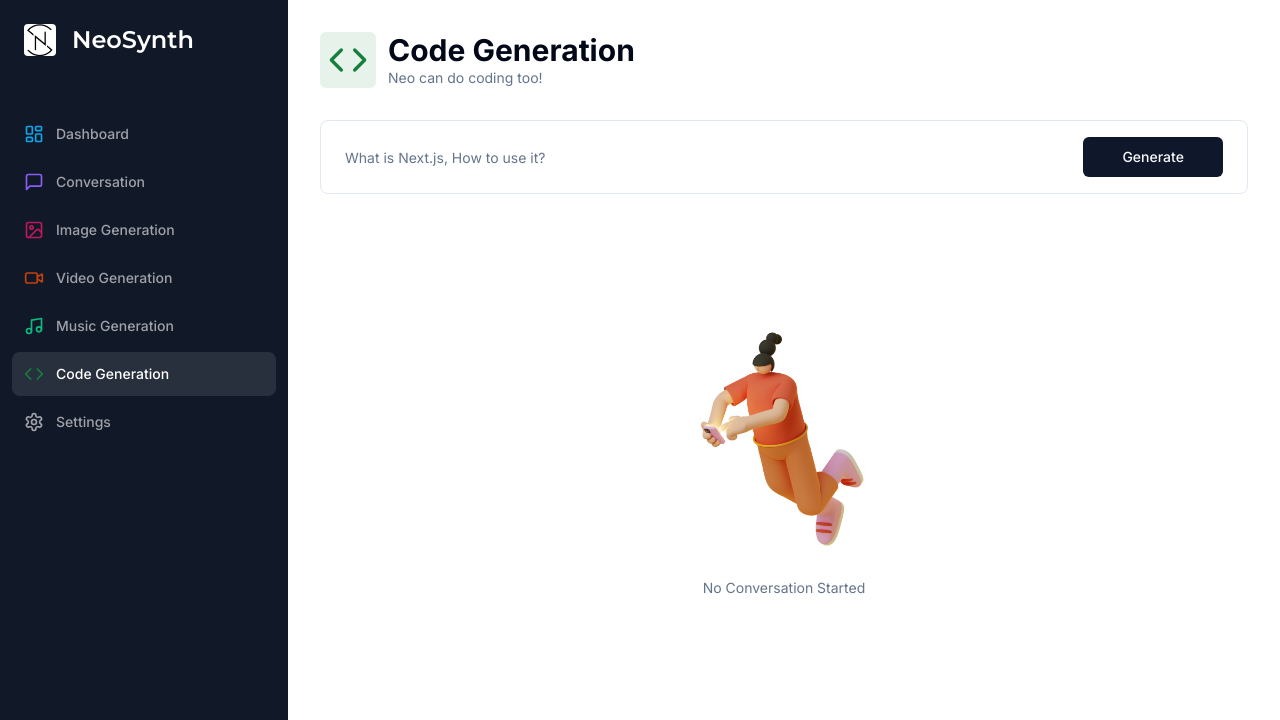
Repository: tathagat22/NeoSynth
Page: /code
These files come from the project's save history. The page is drawn as it stood at one moment and after the next save; the edit follows.
The browser window is 1280 px wide. The pictures show the whole page.
The page's requests for data from a server got no answer. The project was rebuilt for these pictures with package versions that can differ from the ones it lists, and the page was loaded fresh each time. Some packages were replaced by stand-ins written for this rebuild. The framework's server and built-in components were replaced by stand-ins that run in the browser. No one was signed in, and anything a server would have sent is missing. Also part of the build but not shown: next.config.js, components/ui/label.tsx, components/loader.tsx, components/ui/avatar.tsx, components/user-avatar.tsx, components/bot-avatar.tsx.

Above is the page before, as saved 2023-08-29 17:44:14.

### app/layout.tsx
import "./globals.css";
import type { Metadata } from "next";
import { Inter } from "next/font/google";
import { ClerkProvider } from "@clerk/nextjs";

const inter = Inter({ subsets: ["latin"] });

export const metadata: Metadata = {
  title: "NeoSynth",
  description: "Neo is thinking for you behind the matrix",
};

export default function RootLayout({
  children,
}: {
  children: React.ReactNode;
}) {
  return (
    <ClerkProvider>
      <html lang="en">
        <body className={inter.className}>{children}</body>
      </html>
    </ClerkProvider>
  );
}

### app/(dashboard)/layout.tsx
import Navbar from "@/components/Navbar";
import Sidebar from "@/components/sidebar";

const DashboardLayout = ({ children }: { children: React.ReactNode }) => {
  return (
    <div className="h-full relative">
      <div className="hidden h-full md:flex md:w-72 md:flex-col md:fixed md:inset-y-0 z-[80] bg-gray-900">
        <Sidebar />
      </div>
      <main className="md:pl-72">
        <Navbar /> {children}
      </main>
    </div>
  );
};

export default DashboardLayout;

### app/(dashboard)/(routes)/code/page.tsx
"use client";

import * as z from "zod";
import { Heading } from "@/components/heading";
import { Code } from "lucide-react";
import { useForm } from "react-hook-form";
import { formSchema } from "./constants";
import { zodResolver } from "@hookform/resolvers/zod";
import { Form, FormControl, FormField, FormItem } from "@/components/ui/form";
import { Input } from "@/components/ui/input";
import { Button } from "@/components/ui/button";
import axios from "axios";
import { useRouter } from "next/navigation";
import { useState } from "react";
import OpenAI from "openai";
import { Empty } from "@/components/empty";
import { Loader } from "@/components/loader";
import { cn } from "@/lib/utils";
import { UserAvatar } from "@/components/user-avatar";
import { BotAvatar } from "@/components/bot-avatar";
const CodePage = () => {
  const router = useRouter();
  const [messages, setMessages] = useState<
    OpenAI.Chat.Completions.CreateChatCompletionRequestMessage[]
  >([]);
  const form = useForm<z.infer<typeof formSchema>>({
    resolver: zodResolver(formSchema),
    defaultValues: {
      prompt: "",
    },
  });

  const isLoading = form.formState.isSubmitting;
  const onSubmit = async (values: z.infer<typeof formSchema>) => {
    try {
      const userMessage: OpenAI.Chat.Completions.CreateChatCompletionRequestMessage =
        {
          role: "user",
          content: values.prompt,
        };
      const newMessages = [...messages, userMessage];

      const response = await axios.post("/api/conversation", {
        messages: newMessages,
      });

      setMessages((current) => [...current, userMessage, response.data]);
      form.reset();
    } catch (error: any) {
      console.log(error);
    } finally {
      router.refresh();
    }
  };
  return (
    <div>
      <Heading
        title="Code Generation"
        description="Neo can do coding too!"
        icon={Code}
        iconColor="text-green-700"
        bgColor="bg-green-700/10"
      />
      <div className="px-4 lg:px-8">
        <div>
          <Form {...form}>
            <form
              onSubmit={form.handleSubmit(onSubmit)}
              className="rounded-lg border w-full p-4 px-3 md:px-6 focus-within:shadow-sm grid grid-cols-12 gap-2"
            >
              <FormField
                name="prompt"
                render={({ field }) => (
                  <FormItem className="col-span-12 lg:col-span-10">
                    <FormControl className="m-0 p-0">
                      <Input
                        className="border-0 outline-none focus-visible:ring-0 focus-visible:ring-transparent"
                        disabled={isLoading}
                        placeholder="What is Next.js, How to use it?"
                        {...field}
                      />
                    </FormControl>
                  </FormItem>
                )}
              />
              <Button
                className="col-span-12 lg:col-span-2 w-full"
                disabled={isLoading}
              >
                Generate
              </Button>
            </form>
          </Form>
        </div>
        <div className="space-y-4 mt-4">
          {isLoading && (
            <div className="p-8 rounded-lg w-full flex items-center justify-center bg-muted">
              <Loader />
            </div>
          )}
          {messages.length === 0 && !isLoading && (
            <Empty label="No Conversation Started" />
          )}
          <div className="flex flex-col-reverse gap-y-4">
            {messages.map((message) => (
              <div
                key={message.content}
                className={cn(
                  "p-8 w-full flex items-start gap-x-8 rounded-lg",
                  message.role === "user"
                    ? "bg-white border border-black/10"
                    : "bg-muted"
                )}
              >
                {message.role === "user" ? <UserAvatar /> : <BotAvatar />}
                <p className="text-sm">{message.content}</p>
              </div>
            ))}
          </div>
        </div>
      </div>
    </div>
  );
};

export default CodePage;

### app/globals.css
@tailwind base;
@tailwind components;
@tailwind utilities;

html, body, :root {
  height: 100%;
}
@layer base {
  :root {
    --background: 0 0% 100%;
    --foreground: 222.2 84% 4.9%;

    --card: 0 0% 100%;
    --card-foreground: 222.2 84% 4.9%;

    --popover: 0 0% 100%;
    --popover-foreground: 222.2 84% 4.9%;

    --primary: 222.2 47.4% 11.2%;
    --primary-foreground: 210 40% 98%;

    --secondary: 210 40% 96.1%;
    --secondary-foreground: 222.2 47.4% 11.2%;

    --muted: 210 40% 96.1%;
    --muted-foreground: 215.4 16.3% 46.9%;

    --accent: 210 40% 96.1%;
    --accent-foreground: 222.2 47.4% 11.2%;

    --destructive: 0 84.2% 60.2%;
    --destructive-foreground: 210 40% 98%;

    --border: 214.3 31.8% 91.4%;
    --input: 214.3 31.8% 91.4%;
    --ring: 222.2 84% 4.9%;

    --radius: 0.5rem;
  }

  .dark {
    --background: 222.2 84% 4.9%;
    --foreground: 210 40% 98%;

    --card: 222.2 84% 4.9%;
    --card-foreground: 210 40% 98%;

    --popover: 222.2 84% 4.9%;
    --popover-foreground: 210 40% 98%;

    --primary: 210 40% 98%;
    --primary-foreground: 222.2 47.4% 11.2%;

    --secondary: 217.2 32.6% 17.5%;
    --secondary-foreground: 210 40% 98%;

    --muted: 217.2 32.6% 17.5%;
    --muted-foreground: 215 20.2% 65.1%;

    --accent: 217.2 32.6% 17.5%;
    --accent-foreground: 210 40% 98%;

    --destructive: 0 62.8% 30.6%;
    --destructive-foreground: 210 40% 98%;

    --border: 217.2 32.6% 17.5%;
    --input: 217.2 32.6% 17.5%;
    --ring: 212.7 26.8% 83.9%;
  }
}

@layer base {
  * {
    @apply border-border;
  }
  body {
    @apply bg-background text-foreground;
  }
}

### components/Navbar.tsx

import { UserButton } from "@clerk/nextjs";
import MobileSidebar from "./mobile-sidebar";

const Navbar = () => {
    return (
        <div className="flex items-center p-4">
            <MobileSidebar />
            <div className="flex w-full justify-end">
                <UserButton afterSignOutUrl="/"/>
            </div>
        </div>
     );
}

export default Navbar;

### components/sidebar.tsx
"use client";

import { cn } from "@/lib/utils";
import { Montserrat } from "next/font/google";
import Image from "next/image";
import Link from "next/link";
import { usePathname } from "next/navigation";
import {
  LayoutDashboard,
  MessageSquare,
  ImageIcon,
  VideoIcon,
  Music,
  Code,
  Settings,
} from "lucide-react";
const montserrat = Montserrat({ weight: "600", subsets: ["latin"] });
const routes = [
  {
    label: "Dashboard",
    icon: LayoutDashboard,
    href: "/dashboard",
    color: "text-sky-500",
  },
  {
    label: "Conversation",
    icon: MessageSquare,
    href: "/conversation",
    color: "text-violet-500",
  },
  {
    label: "Image Generation",
    icon: ImageIcon,
    href: "/image",
    color: "text-pink-700",
  },
  {
    label: "Video Generation",
    icon: VideoIcon,
    href: "/video",
    color: "text-orange-700",
  },
  {
    label: "Music Generation",
    icon: Music,
    href: "/music",
    color: "text-emerald-500",
  },
  {
    label: "Code Generation",
    icon: Code,
    href: "/code",
    color: "text-green-700",
  },
  {
    label: "Settings",
    icon: Settings,
    href: "/settings",
  },
];
const Sidebar = () => {
  const pathname = usePathname();
  return (
    <div className="space-y-4 py-4 flex flex-col h-full bg-[#111827] text-white">
      <div className="px-3 py-2 flex-1">
        <Link href="/dashboard" className="flex items-center pl-3 mb-14">
          <div className="relative w-8 h-8 mr-4 rounded">
            <Image className="rounded" fill alt="Logo" src="/logo.png" />
          </div>
          <h1 className={cn("text-2xl font-bold", montserrat.className)}>
            NeoSynth
          </h1>
        </Link>
        <div className="space-y-1">
          {routes.map((route) => (
            <Link
              href={route.href}
              key={route.href}
              className={cn(
                "text-sm group flex p-3 w-full justify-start font-medium cursor-pointer hover:text-white hover:bg-white/10 rounded-lg transition", pathname == route.href ? "text-white bg-white/10" : "text-zinc-400"
              )}
            >
              <div className="flex items-center flex-1">
                <route.icon className={cn("h-5 w-5 mr-3", route.color)} />{" "}
                {route.label}
              </div>
            </Link>
          ))}
        </div>
      </div>
    </div>
  );
};

export default Sidebar;

### components/heading.tsx
import { cn } from "@/lib/utils";
import { LucideIcon } from "lucide-react";

interface HeadingProps {
  title: string;
  description: string;
  icon: LucideIcon;
  iconColor?: string;
  bgColor?: string;
}

export const Heading = ({
  title,
  description,
  icon: Icon,
  iconColor,
  bgColor,
}: HeadingProps) => {
  return (
    <div className="px-4 lg:px-8 flex items-center gap-x-3 mb-8">
      <div className={cn("p-2 w-fit rounded-md", bgColor)}>
        <Icon className={cn("w-10 h-10", iconColor)} />
      </div>
      <div>
        <h2 className="text-3xl font-bold">{title}</h2>
        <p className="text-sm text-muted-foreground">{description}</p>
      </div>
    </div>
  );
};

### app/(dashboard)/(routes)/code/constants.ts
import * as z from "zod";

export const formSchema = z.object({
  prompt: z.string().min(1, { message: "Prompt is required" }),
});

### components/ui/form.tsx
import * as React from "react"
import * as LabelPrimitive from "@radix-ui/react-label"
import { Slot } from "@radix-ui/react-slot"
import {
  Controller,
  ControllerProps,
  FieldPath,
  FieldValues,
  FormProvider,
  useFormContext,
} from "react-hook-form"

import { cn } from "@/lib/utils"
import { Label } from "@/components/ui/label"

const Form = FormProvider

type FormFieldContextValue<
  TFieldValues extends FieldValues = FieldValues,
  TName extends FieldPath<TFieldValues> = FieldPath<TFieldValues>
> = {
  name: TName
}

const FormFieldContext = React.createContext<FormFieldContextValue>(
  {} as FormFieldContextValue
)

const FormField = <
  TFieldValues extends FieldValues = FieldValues,
  TName extends FieldPath<TFieldValues> = FieldPath<TFieldValues>
>({
  ...props
}: ControllerProps<TFieldValues, TName>) => {
  return (
    <FormFieldContext.Provider value={{ name: props.name }}>
      <Controller {...props} />
    </FormFieldContext.Provider>
  )
}

const useFormField = () => {
  const fieldContext = React.useContext(FormFieldContext)
  const itemContext = React.useContext(FormItemContext)
  const { getFieldState, formState } = useFormContext()

  const fieldState = getFieldState(fieldContext.name, formState)

  if (!fieldContext) {
    throw new Error("useFormField should be used within <FormField>")
  }

  const { id } = itemContext

  return {
    id,
    name: fieldContext.name,
    formItemId: `${id}-form-item`,
    formDescriptionId: `${id}-form-item-description`,
    formMessageId: `${id}-form-item-message`,
    ...fieldState,
  }
}

type FormItemContextValue = {
  id: string
}

const FormItemContext = React.createContext<FormItemContextValue>(
  {} as FormItemContextValue
)

const FormItem = React.forwardRef<
  HTMLDivElement,
  React.HTMLAttributes<HTMLDivElement>
>(({ className, ...props }, ref) => {
  const id = React.useId()

  return (
    <FormItemContext.Provider value={{ id }}>
      <div ref={ref} className={cn("space-y-2", className)} {...props} />
    </FormItemContext.Provider>
  )
})
FormItem.displayName = "FormItem"

const FormLabel = React.forwardRef<
  React.ElementRef<typeof LabelPrimitive.Root>,
  React.ComponentPropsWithoutRef<typeof LabelPrimitive.Root>
>(({ className, ...props }, ref) => {
  const { error, formItemId } = useFormField()

  return (
    <Label
      ref={ref}
      className={cn(error && "text-destructive", className)}
      htmlFor={formItemId}
      {...props}
    />
  )
})
FormLabel.displayName = "FormLabel"

const FormControl = React.forwardRef<
  React.ElementRef<typeof Slot>,
  React.ComponentPropsWithoutRef<typeof Slot>
>(({ ...props }, ref) => {
  const { error, formItemId, formDescriptionId, formMessageId } = useFormField()

  return (
    <Slot
      ref={ref}
      id={formItemId}
      aria-describedby={
        !error
          ? `${formDescriptionId}`
          : `${formDescriptionId} ${formMessageId}`
      }
      aria-invalid={!!error}
      {...props}
    />
  )
})
FormControl.displayName = "FormControl"

const FormDescription = React.forwardRef<
  HTMLParagraphElement,
  React.HTMLAttributes<HTMLParagraphElement>
>(({ className, ...props }, ref) => {
  const { formDescriptionId } = useFormField()

  return (
    <p
      ref={ref}
      id={formDescriptionId}
      className={cn("text-sm text-muted-foreground", className)}
      {...props}
    />
  )
})
FormDescription.displayName = "FormDescription"

const FormMessage = React.forwardRef<
  HTMLParagraphElement,
  React.HTMLAttributes<HTMLParagraphElement>
>(({ className, children, ...props }, ref) => {
  const { error, formMessageId } = useFormField()
  const body = error ? String(error?.message) : children

  if (!body) {
    return null
  }

  return (
    <p
      ref={ref}
      id={formMessageId}
      className={cn("text-sm font-medium text-destructive", className)}
      {...props}
    >
      {body}
    </p>
  )
})
FormMessage.displayName = "FormMessage"

export {
  useFormField,
  Form,
  FormItem,
  FormLabel,
  FormControl,
  FormDescription,
  FormMessage,
  FormField,
}

### components/ui/input.tsx
import * as React from "react"

import { cn } from "@/lib/utils"

export interface InputProps
  extends React.InputHTMLAttributes<HTMLInputElement> {}

const Input = React.forwardRef<HTMLInputElement, InputProps>(
  ({ className, type, ...props }, ref) => {
    return (
      <input
        type={type}
        className={cn(
          "flex h-10 w-full rounded-md border border-input bg-background px-3 py-2 text-sm ring-offset-background file:border-0 file:bg-transparent file:text-sm file:font-medium placeholder:text-muted-foreground focus-visible:outline-none focus-visible:ring-2 focus-visible:ring-ring focus-visible:ring-offset-2 disabled:cursor-not-allowed disabled:opacity-50",
          className
        )}
        ref={ref}
        {...props}
      />
    )
  }
)
Input.displayName = "Input"

export { Input }

### components/ui/button.tsx
import * as React from "react"
import { Slot } from "@radix-ui/react-slot"
import { cva, type VariantProps } from "class-variance-authority"

import { cn } from "@/lib/utils"

const buttonVariants = cva(
  "inline-flex items-center justify-center rounded-md text-sm font-medium ring-offset-background transition-colors focus-visible:outline-none focus-visible:ring-2 focus-visible:ring-ring focus-visible:ring-offset-2 disabled:pointer-events-none disabled:opacity-50",
  {
    variants: {
      variant: {
        default: "bg-primary text-primary-foreground hover:bg-primary/90",
        destructive:
          "bg-destructive text-destructive-foreground hover:bg-destructive/90",
        outline:
          "border border-input bg-background hover:bg-accent hover:text-accent-foreground",
        secondary:
          "bg-secondary text-secondary-foreground hover:bg-secondary/80",
        ghost: "hover:bg-accent hover:text-accent-foreground",
        link: "text-primary underline-offset-4 hover:underline",
      },
      size: {
        default: "h-10 px-4 py-2",
        sm: "h-9 rounded-md px-3",
        lg: "h-11 rounded-md px-8",
        icon: "h-10 w-10",
      },
    },
    defaultVariants: {
      variant: "default",
      size: "default",
    },
  }
)

export interface ButtonProps
  extends React.ButtonHTMLAttributes<HTMLButtonElement>,
    VariantProps<typeof buttonVariants> {
  asChild?: boolean
}

const Button = React.forwardRef<HTMLButtonElement, ButtonProps>(
  ({ className, variant, size, asChild = false, ...props }, ref) => {
    const Comp = asChild ? Slot : "button"
    return (
      <Comp
        className={cn(buttonVariants({ variant, size, className }))}
        ref={ref}
        {...props}
      />
    )
  }
)
Button.displayName = "Button"

export { Button, buttonVariants }

### components/empty.tsx
import Image from "next/image";

interface EmptyProps {
  label: string;
}

export const Empty = ({ label }: EmptyProps) => {
  return (
    <div className="h-full p-20 flex flex-col items-center justify-center">
      <div className="relative h-72 w-72">
        <Image src="/empty.png" fill alt="Empty" />
      </div>
      <p className="text-muted-foreground text-sm text-center">{label}</p>
    </div>
  );
};

### components/mobile-sidebar.tsx
"use client";

import { Button } from "./ui/button";
import { Menu } from "lucide-react";
import { Sheet, SheetContent, SheetTrigger } from "./ui/sheet";
import Sidebar from "./sidebar";
import { useEffect, useState } from "react";
const MobileSidebar = () => {
  //Hydration Error Fix
  const [isMounted, setIsMounted] = useState(false);

  useEffect(() => {
    setIsMounted(true);
  }, []);
  if (!isMounted) return null;
  //Hydration Error Fix Ends Here
  return (
    <Sheet>
      <SheetTrigger>
        <Button variant="ghost" size="icon" className="md:hidden">
          <Menu />
        </Button>
      </SheetTrigger>
      <SheetContent side="left" className="p-0">
        <Sidebar />
      </SheetContent>
    </Sheet>
  );
};

export default MobileSidebar;

### components/ui/sheet.tsx
"use client"

import * as React from "react"
import * as SheetPrimitive from "@radix-ui/react-dialog"
import { cva, type VariantProps } from "class-variance-authority"
import { X } from "lucide-react"

import { cn } from "@/lib/utils"

const Sheet = SheetPrimitive.Root

const SheetTrigger = SheetPrimitive.Trigger

const SheetClose = SheetPrimitive.Close

const SheetPortal = ({
  className,
  ...props
}: SheetPrimitive.DialogPortalProps) => (
  <SheetPrimitive.Portal className={cn(className)} {...props} />
)
SheetPortal.displayName = SheetPrimitive.Portal.displayName

const SheetOverlay = React.forwardRef<
  React.ElementRef<typeof SheetPrimitive.Overlay>,
  React.ComponentPropsWithoutRef<typeof SheetPrimitive.Overlay>
>(({ className, ...props }, ref) => (
  <SheetPrimitive.Overlay
    className={cn(
      "fixed inset-0 z-50 bg-background/80 backdrop-blur-sm data-[state=open]:animate-in data-[state=closed]:animate-out data-[state=closed]:fade-out-0 data-[state=open]:fade-in-0",
      className
    )}
    {...props}
    ref={ref}
  />
))
SheetOverlay.displayName = SheetPrimitive.Overlay.displayName

const sheetVariants = cva(
  "fixed z-50 gap-4 bg-background p-6 shadow-lg transition ease-in-out data-[state=open]:animate-in data-[state=closed]:animate-out data-[state=closed]:duration-300 data-[state=open]:duration-500",
  {
    variants: {
      side: {
        top: "inset-x-0 top-0 border-b data-[state=closed]:slide-out-to-top data-[state=open]:slide-in-from-top",
        bottom:
          "inset-x-0 bottom-0 border-t data-[state=closed]:slide-out-to-bottom data-[state=open]:slide-in-from-bottom",
        left: "inset-y-0 left-0 h-full w-3/4 border-r data-[state=closed]:slide-out-to-left data-[state=open]:slide-in-from-left sm:max-w-sm",
        right:
          "inset-y-0 right-0 h-full w-3/4  border-l data-[state=closed]:slide-out-to-right data-[state=open]:slide-in-from-right sm:max-w-sm",
      },
    },
    defaultVariants: {
      side: "right",
    },
  }
)

interface SheetContentProps
  extends React.ComponentPropsWithoutRef<typeof SheetPrimitive.Content>,
    VariantProps<typeof sheetVariants> {}

const SheetContent = React.forwardRef<
  React.ElementRef<typeof SheetPrimitive.Content>,
  SheetContentProps
>(({ side = "right", className, children, ...props }, ref) => (
  <SheetPortal>
    <SheetOverlay />
    <SheetPrimitive.Content
      ref={ref}
      className={cn(sheetVariants({ side }), className)}
      {...props}
    >
      {children}
      <SheetPrimitive.Close className="absolute right-4 top-4 rounded-sm opacity-70 ring-offset-background transition-opacity hover:opacity-100 focus:outline-none focus:ring-2 focus:ring-ring focus:ring-offset-2 disabled:pointer-events-none data-[state=open]:bg-secondary">
        <X className="h-4 w-4" />
        <span className="sr-only">Close</span>
      </SheetPrimitive.Close>
    </SheetPrimitive.Content>
  </SheetPortal>
))
SheetContent.displayName = SheetPrimitive.Content.displayName

const SheetHeader = ({
  className,
  ...props
}: React.HTMLAttributes<HTMLDivElement>) => (
  <div
    className={cn(
      "flex flex-col space-y-2 text-center sm:text-left",
      className
    )}
    {...props}
  />
)
SheetHeader.displayName = "SheetHeader"

const SheetFooter = ({
  className,
  ...props
}: React.HTMLAttributes<HTMLDivElement>) => (
  <div
    className={cn(
      "flex flex-col-reverse sm:flex-row sm:justify-end sm:space-x-2",
      className
    )}
    {...props}
  />
)
SheetFooter.displayName = "SheetFooter"

const SheetTitle = React.forwardRef<
  React.ElementRef<typeof SheetPrimitive.Title>,
  React.ComponentPropsWithoutRef<typeof SheetPrimitive.Title>
>(({ className, ...props }, ref) => (
  <SheetPrimitive.Title
    ref={ref}
    className={cn("text-lg font-semibold text-foreground", className)}
    {...props}
  />
))
SheetTitle.displayName = SheetPrimitive.Title.displayName

const SheetDescription = React.forwardRef<
  React.ElementRef<typeof SheetPrimitive.Description>,
  React.ComponentPropsWithoutRef<typeof SheetPrimitive.Description>
>(({ className, ...props }, ref) => (
  <SheetPrimitive.Description
    ref={ref}
    className={cn("text-sm text-muted-foreground", className)}
    {...props}
  />
))
SheetDescription.displayName = SheetPrimitive.Description.displayName

export {
  Sheet,
  SheetTrigger,
  SheetClose,
  SheetContent,
  SheetHeader,
  SheetFooter,
  SheetTitle,
  SheetDescription,
}

Loaded but not shown: lib/utils.ts (common file); tailwind.config.js (common file)

After the next save:
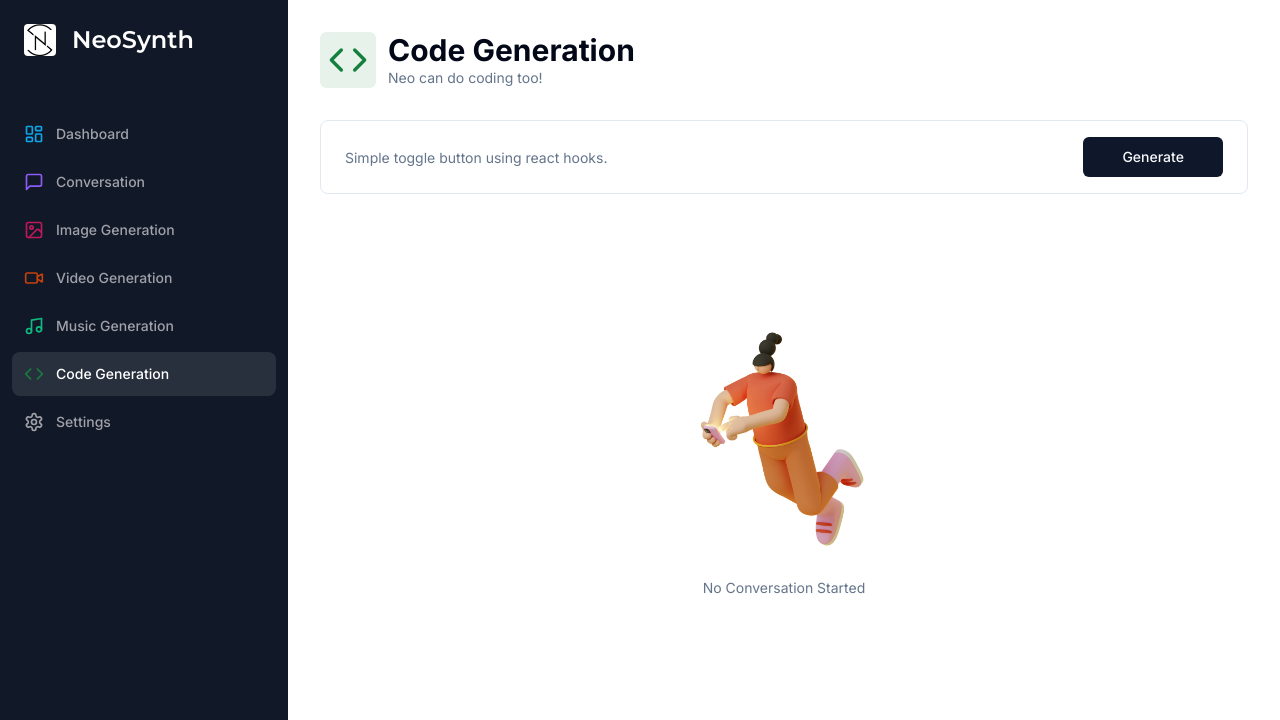
Saved 47 s later.
--- a/app/(dashboard)/(routes)/code/page.tsx
+++ b/app/(dashboard)/(routes)/code/page.tsx
@@ -76,7 +76,7 @@
                       <Input
                         className="border-0 outline-none focus-visible:ring-0 focus-visible:ring-transparent"
                         disabled={isLoading}
-                        placeholder="What is Next.js, How to use it?"
+                        placeholder="Simple toggle button using react hooks."
                         {...field}
                       />
                     </FormControl>
